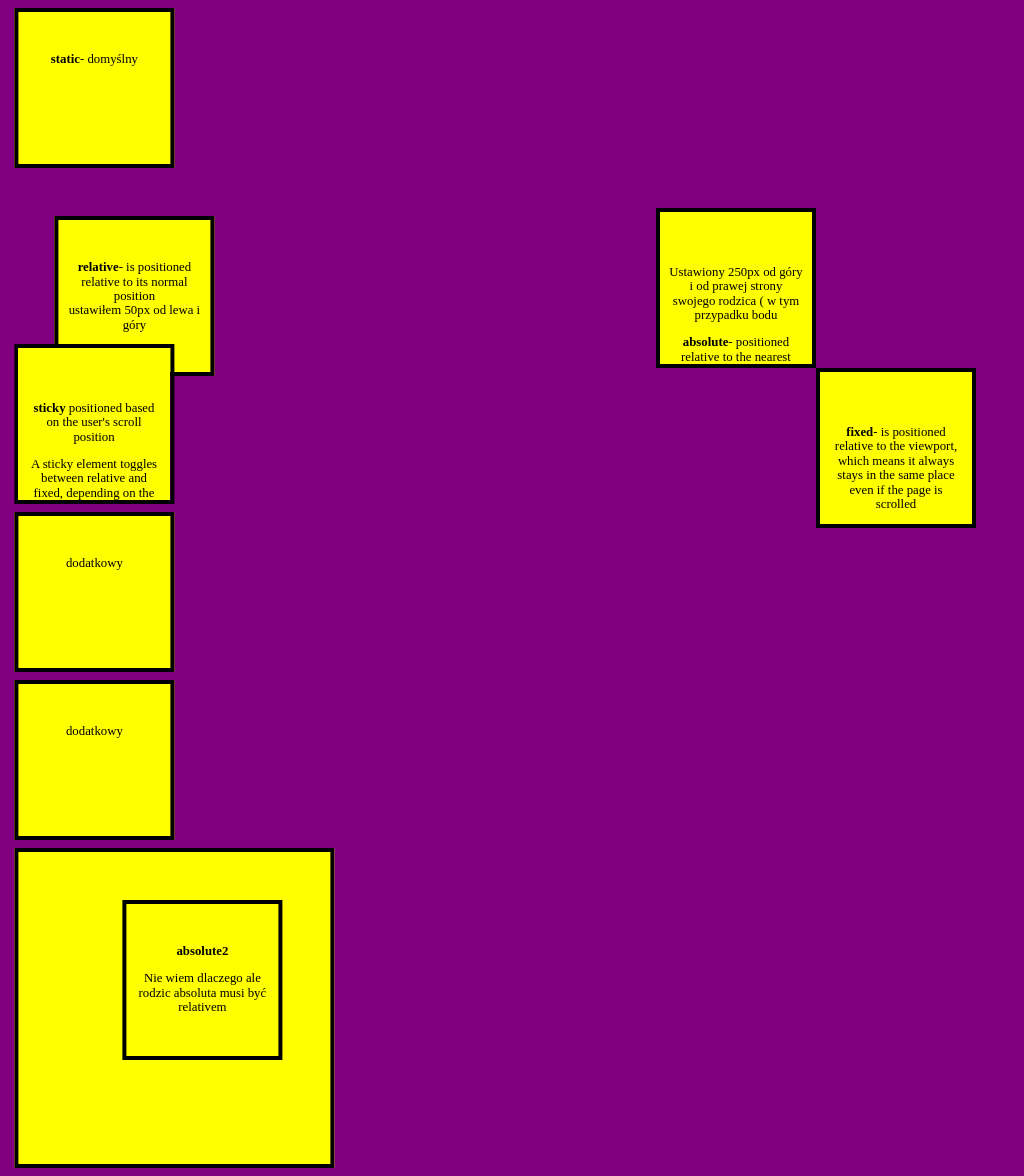
Repository: quenrythane/homepage
Page: CSS positions/CSS-positions.html
An editor plug-in stored every save of this project. The page is shown before and after the next save, followed by the edit.
The browser window is 1280 px wide. The pictures show the whole page, at 80% of full size.

Above is the page before, as saved 2020-10-11 04:21:42.

After the next save:
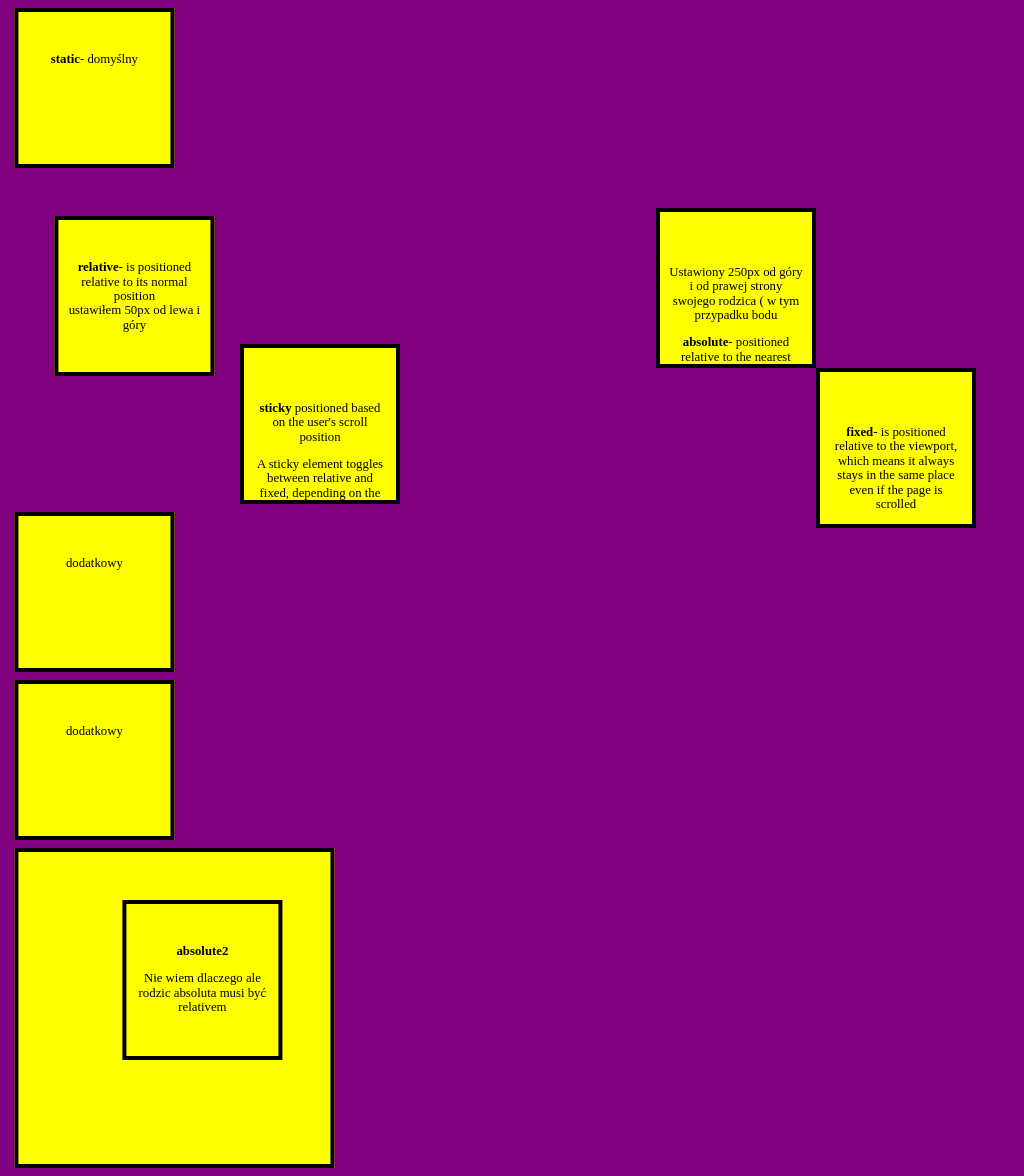
Saved 9 s later.
--- a/CSS positions/CSS-positions.css
+++ b/CSS positions/CSS-positions.css
@@ -50,7 +50,7 @@ body {
 }
 
 .sticky{
-    right: 300px;
+    left: 300px;
     top: 100px;
     position: sticky;
 }
